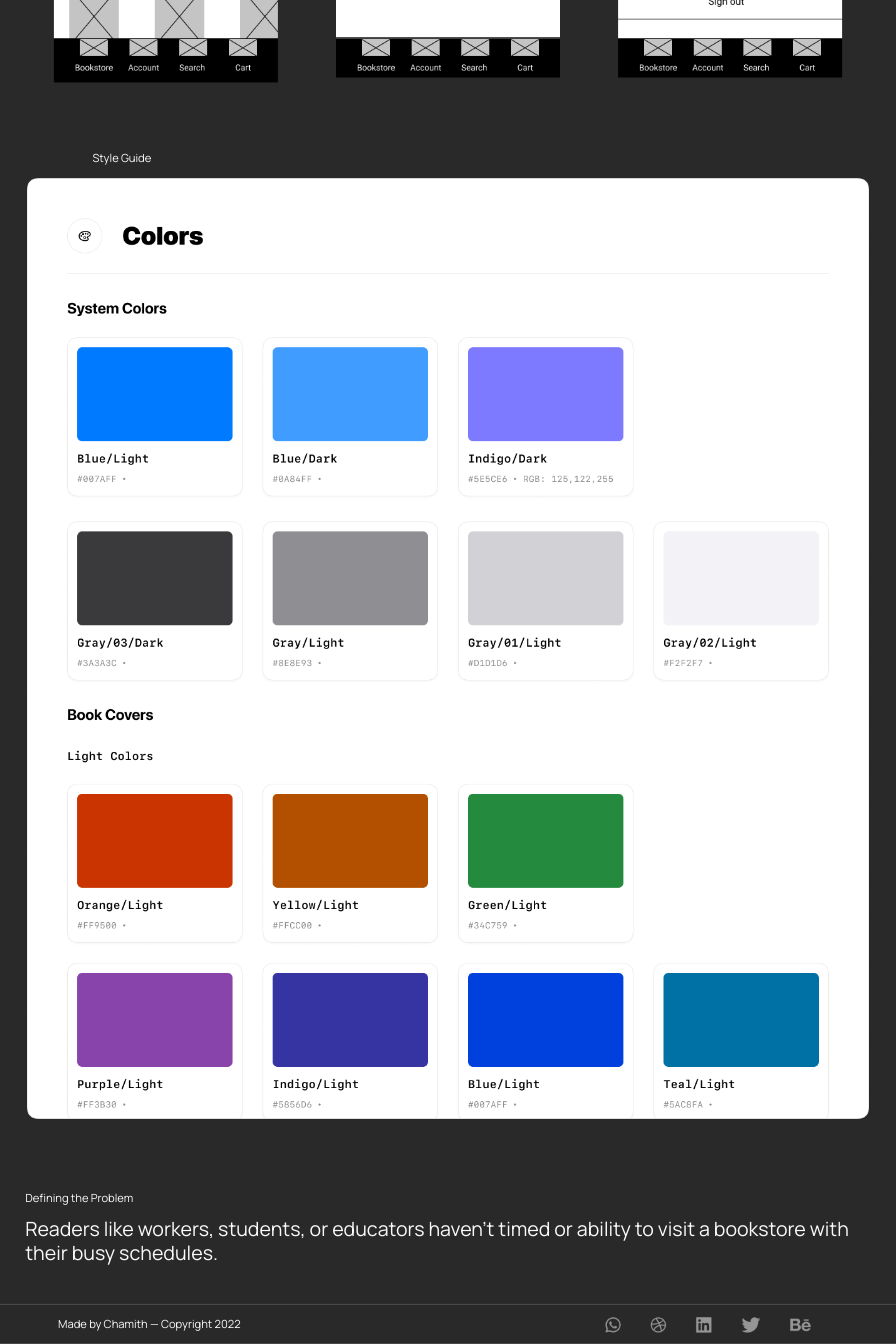
Repository: Realchamithweb/chamith-html
Page: work.html
These files come from the project's save history. The page is drawn as it stood at one moment and after a run of saves; the edit follows.
The browser window is 1280 px wide. The pictures show the part of the page from y = 2194 to 4114 px (the page is 4114 px tall before and 4023 px after), at 70% of full size.

Above is the page before, as saved 2023-01-24 07:53:01.

### work.html
<!doctype html>
<html lang="en">
  <head>
    <!-- Required meta tags -->
    <meta charset="utf-8">
    <meta name="viewport" content="width=device-width, initial-scale=1">
    <link rel="stylesheet" href="/css/style.css">
    <!-- Bootstrap CSS -->
    <link href="https://cdn.jsdelivr.net/npm/bootstrap@5.0.2/dist/css/bootstrap.min.css" rel="stylesheet" integrity="sha384-EVSTQN3/azprG1Anm3QDgpJLIm9Nao0Yz1ztcQTwFspd3yD65VohhpuuCOmLASjC" crossorigin="anonymous">
    <link rel="stylesheet" href="https://fonts.googleapis.com/css?family=Manrope">
    <title>Hello, world!</title>
  </head>
  <body>
    <div class="main">
            <div class="head">
                <nav class="navbar navbar-expand-lg navbar-light bg-dark">
                    <div class="container-fluid">
                        <div class="col-md-1"></div>
                    <a class="navbar-brand col-md-8 text-light" href="/index.html">Navbar</a>
                    <button class="navbar-toggler" type="button" data-bs-toggle="collapse" data-bs-target="#navbarNavDropdown" aria-controls="navbarNavDropdown" aria-expanded="false" aria-label="Toggle navigation">
                        <span class="navbar-toggler-icon"></span>
                    </button>
                    <div class="collapse navbar-collapse" id="navbarNavDropdown">
                        <ul class="navbar-nav">
                        <li class="nav-item">
                            <a class="nav-link active text-light" aria-current="page" href="/index.html">Home</a>
                        </li>
                        <li class="nav-item">
                            <a class="nav-link text-light" href="/work.html">About More</a>
                        </li>
                        <li class="nav-item">
                            <a class="nav-link text-light" href="/contact.html">Contact</a>
                        </li>
                        </ul>
                    </div>
                    </div>
                </nav>
            </div>
            <section>
                <div class="row">
                    <img src="/inc/work-top.png" class="work-hero">
                </div>
            </section>
            <section>
                <div class="row">
                    <div class="container-fluid text-light ms-5 mt-5">
                        <p>My BOOK</p>
                        <h>Online book store for<br>
                            busy readers </h3>
                    </div>
                </div>
                <div class="row p-5">
                        <div class="col-lg-3 text-light">
                            <p>CLIENT</p>
                            <h4>MyBook</h4>
                        </div>
                        <div class="col-lg-3 text-light">
                            <p>ROLE</p>
                            <h4>Product Designer</h4>
                        </div>
                        <div class="col-lg-3 text-light">
                            <p>INDUSTRY</p>
                            <h4>Retail</h4>
                        </div>
                        <div class="col-lg-3 text-light">
                            <p>DURATION</p>
                            <h4>2 Months</h4>
                        </div>
                </div>
            </section>
            <section>
                <div class="row p-5">
                    <div class="col-lg-12 text-light">
                        <p>Defining the Problem</p>
                        <h3>Readers like workers, students, or educators haven't timed or ability to visit a bookstore with their busy schedules.</h3>
                    </div>
                </div>
            </section>
            <section>
                <div class="row p-5">
                    <div class="col-lg-12 text-light">
                        <p>User research: summary</p>
                        <h3>This is the foundational research. User interview was the research method. User segment is people who buying books online at least once a month and age between 18 to 64. Participants are who lives in metropolitan or suburban areas.</h3>
                    </div>
                </div>
            </section>
            <section>
                <div class="row p-5">
                    <div class="col-lg-12 text-light">
                        <p>Digital wireframes</p>
                        <h3>As initial design phase continued, I made sure to base screen design on the feedback and findings from the user research.</h3>
                    </div>
                </div>
            </section>
            <section>
                <div class="row p-5">
                    <div class="col-lg-4 mx-auto">
                        <img src="/inc/Cart.png" class="img-fluid mx-auto d-block text-center">
                    </div>
                    <div class="col-lg-4 mx-auto">
                        <img src="/inc/Search.png" class="img-fluid mx-auto d-block text-center">
                    </div>
                    <div class="col-lg-4 mx-auto">
                        <img src="/inc/Account.png" class="img-fluid mx-auto d-block text-center">
                    </div>
                </div>
            </section>
            <section>
                <div class="row">
                    <div class="col-lg-12 text-light p-5">
                        <p class="ms-5 ps-5">Style Guide</p>
                        <img src="/inc/Colors.png" class="img-fluid mx-auto d-block text-center">
                    </div>
                </div>
            </section>
            <section>
                <div class="row">
                    <div class="col-lg-12 text-light p-5">
                        <p>Defining the Problem</p>
                        <h3>Readers like workers, students, or educators haven't timed or ability to visit a bookstore with their busy schedules.</h3>
                    </div>
                </div>
            </section>
            <section>
              <div class="footer">
                  <div class="container-fluid">
                      <div class="row">
                          <hr class="text-light">
                          <div class="col-lg-4 text-center text-light mb-3">Made by Chamith — Copyright 2022</div>
                          <div class="col-lg-4 mb-3"></div>
                          <div class="col-lg-4 mb-3"><img src="/inc/Icons.png" class="img02"></div>
                      </div>
                  </div>
              </div>
          </section>

  </div>


    <!-- Optional JavaScript; choose one of the two! -->

    <!-- Option 1: Bootstrap Bundle with Popper -->
    <script src="https://cdn.jsdelivr.net/npm/bootstrap@5.0.2/dist/js/bootstrap.bundle.min.js" integrity="sha384-MrcW6ZMFYlzcLA8Nl+NtUVF0sA7MsXsP1UyJoMp4YLEuNSfAP+JcXn/tWtIaxVXM" crossorigin="anonymous"></script>

    <!-- Option 2: Separate Popper and Bootstrap JS -->
    <!--
    <script src="https://cdn.jsdelivr.net/npm/@popperjs/core@2.9.2/dist/umd/popper.min.js" integrity="sha384-IQsoLXl5PILFhosVNubq5LC7Qb9DXgDA9i+tQ8Zj3iwWAwPtgFTxbJ8NT4GN1R8p" crossorigin="anonymous"></script>
    <script src="https://cdn.jsdelivr.net/npm/bootstrap@5.0.2/dist/js/bootstrap.min.js" integrity="sha384-cVKIPhGWiC2Al4u+LWgxfKTRIcfu0JTxR+EQDz/bgldoEyl4H0zUF0QKbrJ0EcQF" crossorigin="anonymous"></script>
    -->
  </body>
</html>

### css/style.css
.main{
    background-color: #292929;
    font-family: 'Manrope', serif;
    overflow-x: hidden;

}
.navbar{
    padding-top: 15px!important;
    padding-bottom: 15px!important;
}
.nav-link{
    font-size: 18px!important;
}
.hero{
    margin-top: 66px;
}

.hero-img{
    margin-top: 3em;
}

.hero-title{
    font-style: normal;
    font-weight: 400;
    font-size: 54px;
    line-height: 64px;
    margin-left: 96px;
}

.hero-text{
    font-style: normal;
    font-weight: 400;
    font-size: 20px;
    line-height: 30px;
    margin-left: 96px;
}

.hero-btn{
    margin-left: 96px;
}

.work-img:hover img{
        opacity: 0.5;
}

.work-img {
    position: relative;
  }

  .bg-color
  .work-img img {
    width: 100%;
    opacity: 1;
    transition: opacity 0.5s;
  }
.work-img .text {
    position: absolute;
    top: 50%;
    left: 50%;
    transform: translate(-50%, -50%);
    text-align: center;
    color: white;
  }

  .work-hero{
    width: 1440px;
    height: 640px;
    left: 0px;
    top: 0px;
  }
/*
.hero-title{
    position: absolute;
    width: 824px;
    height: 192px;
    left: 96px;
    top: 240px;

    font-family: 'Inter';
    font-style: normal;
    font-weight: 400;
    font-size: 54px;
    line-height: 64px;
    color: #000000;
}

.hero-text{
    position: absolute;
    width: 824px;
    height: 90px;
    left: 96px;
    top: 456px;

    font-family: 'Inter';
    font-style: normal;
    font-weight: 400;
    font-size: 20px;
    line-height: 30px;
    /* or 150% */
    /* color: #000000
}

.hero-btn{
    box-sizing: border-box;
    position: absolute;
    width: 341.57px;
    height: 57px;
    left: 96px;
    top: 634px;

    background: #FFFFFF;
    border: 1px solid #000000;
    border-radius: 4px;
}

.f-row{
    display: flex;
    flex-direction: row;
    justify-content: center;
    align-items: center;
    padding: 8px;
    gap: 32px;

    position: absolute;
    height: 48px;
    left: 96px;
    top: 836px;
}

.img00{
    display: flex;
    flex-direction: row;
    justify-content: center;
    align-items: center;
    padding: 8px;
    gap: 32px;

    position: absolute;
    width: 198px;
    height: 48px;
    left: 96px;
    top: 836px;

}

.img01{
    position: absolute;
    width: 612px;
    height: 888px;
    left: 96px;
    top: 964px;
    border-radius: 4px;
}

.img01:hover{
    background: linear-gradient(0deg, rgba(0, 0, 0, 0.6), rgba(0, 0, 0, 0.6)), url("/inc/Bookstore.png"), #292929;
}

.img02{
    position: absolute;
    width: 612px;
    height: 888px;
    left: 732px;
    top: 1102px;

    background: url(3ffea8135910975.Y3JvcCwxMDgwLDg0NCwwLDExNw.png), #292929;
    border-radius: 4px;
}  */

After the next 15 saves:
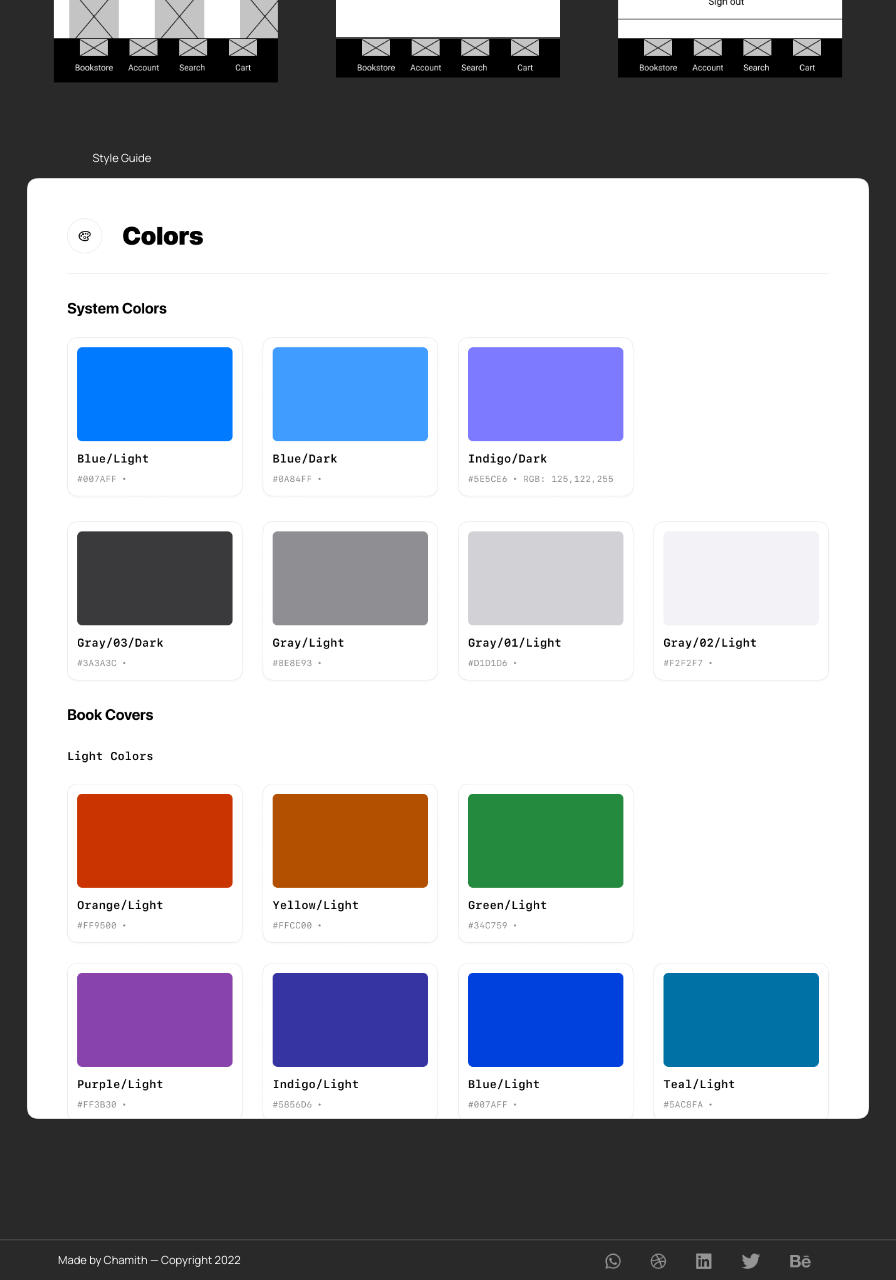
The 15 saves are shown as one change because they came seconds apart.
The last was saved 72 s later.
--- a/work.html
+++ b/work.html
@@ -116,8 +116,9 @@
             <section>
                 <div class="row">
                     <div class="col-lg-12 text-light p-5">
-                        <p>Defining the Problem</p>
-                        <h3>Readers like workers, students, or educators haven't timed or ability to visit a bookstore with their busy schedules.</h3>
+                        <div class="col-lg-6">
+                            <img src="" >
+                        </div>
                     </div>
                 </div>
             </section>
